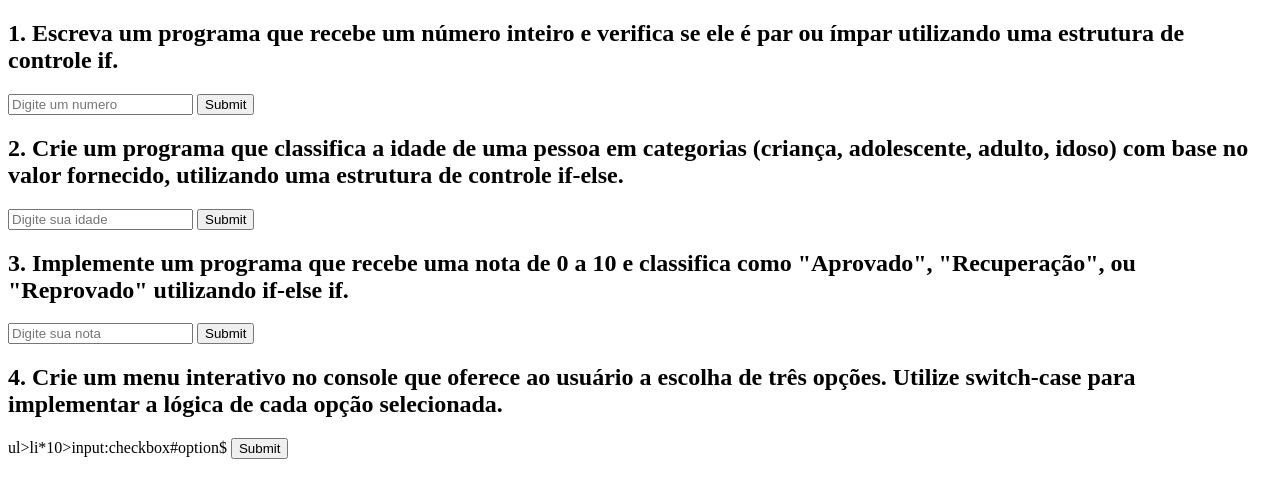
Repository: chidekina/prati-logica
Page: index.html
These files come from the project's save history. The page is drawn as it stood at one moment and after the next save; the edit follows.
The browser window is 1280 px wide. The pictures show the whole page.

Above is the page before, as saved 2025-04-29 14:28:08.

After the next save:
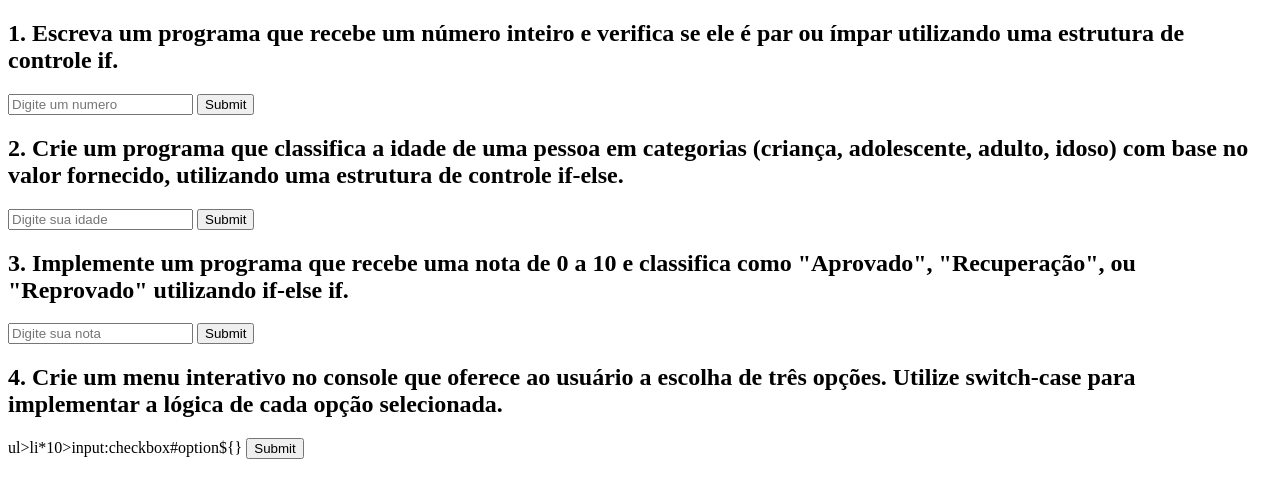
Saved 11 s later.
--- a/index.html
+++ b/index.html
@@ -47,7 +47,7 @@ controle if-else.
 Utilize switch-case para implementar a lógica de cada opção selecionada.
     </h2>
     <div>
-        ul>li*10>input:checkbox#option$
+        ul>li*10>input:checkbox#option${}
         <input type="submit" onclick="aprovacao()">
     </div>
     <h3 id="answer3"></h3>
